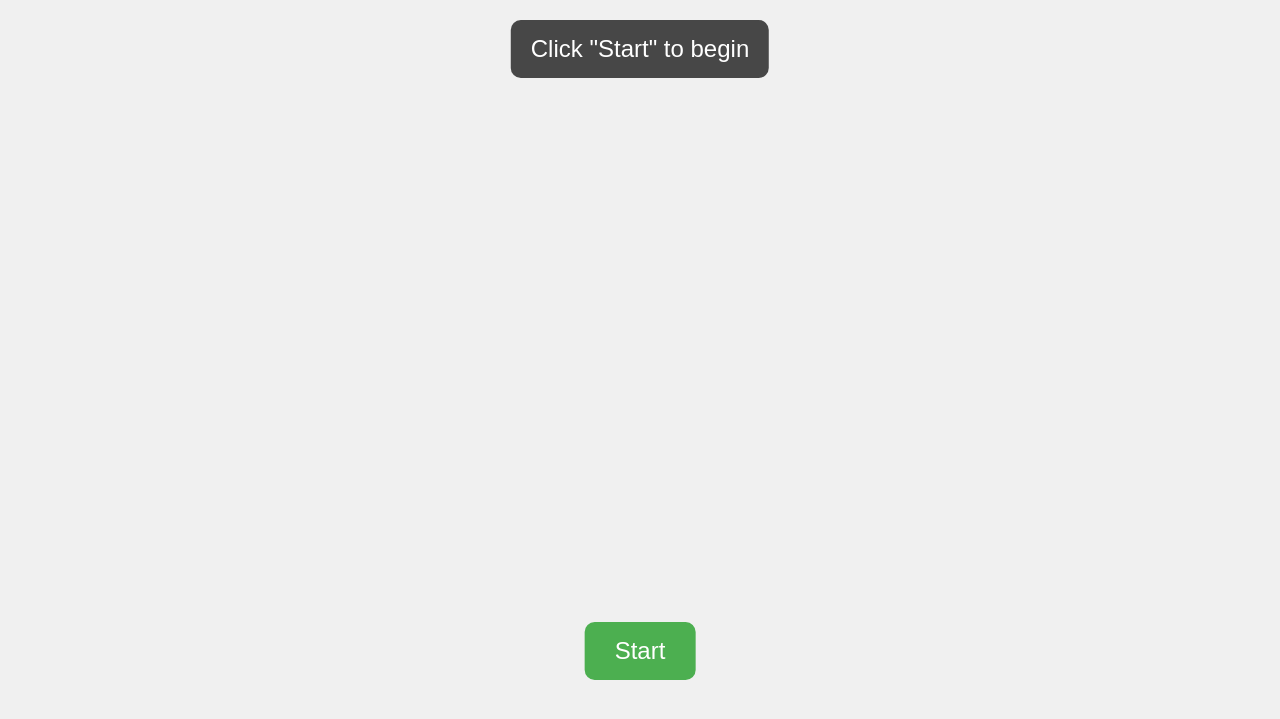
Repository: Jayhawk2000/AR_Game_DCD_Children
Page: challenge/throwing/index.html
The author's editor kept a copy of each file at every save. The page is drawn from the files as they stood at one save, then again after the next save.
The browser window is 1280 px wide. The pictures show the whole page.

Above is the page before, as saved 2024-08-29 15:48:48.

After the next save:
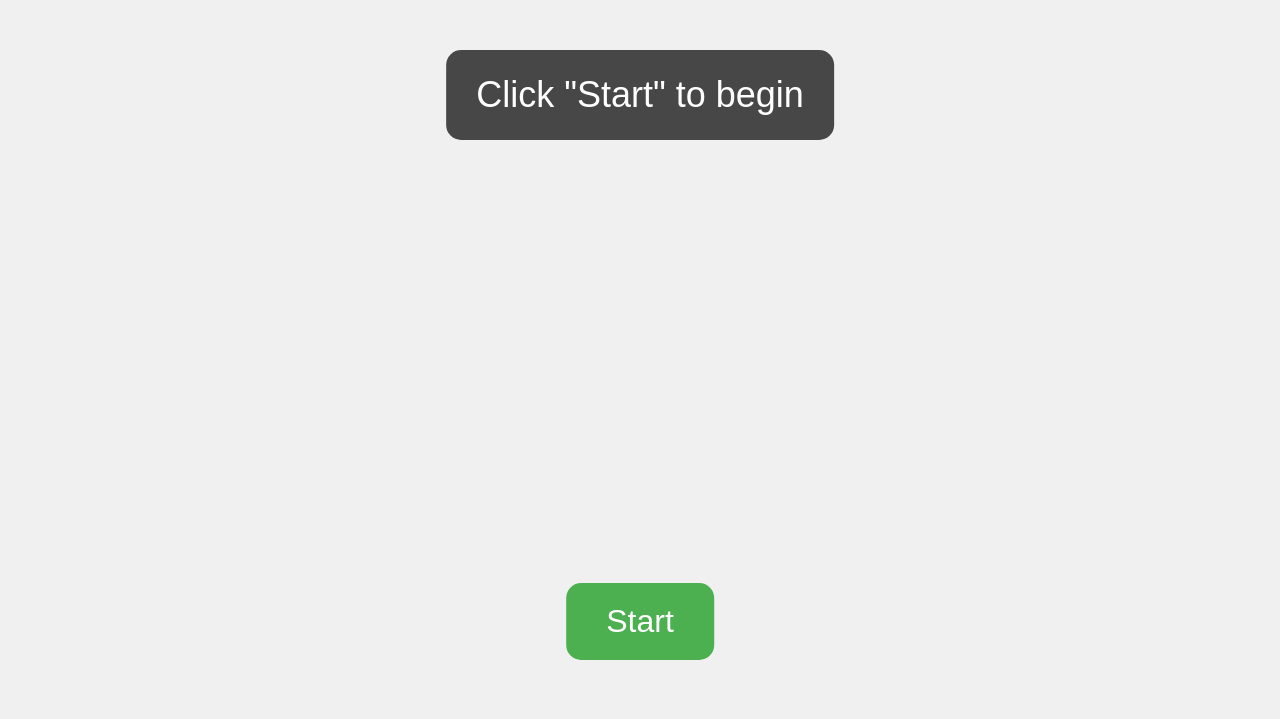
Saved 7 s later.
--- a/challenge/throwing/styles.css
+++ b/challenge/throwing/styles.css
@@ -8,41 +8,33 @@ body {
 
 #info {
   position: absolute;
-  top: 20px;
+  top: 50px;
   left: 50%;
   transform: translateX(-50%);
   background-color: rgba(0, 0, 0, 0.7);
   color: white;
-  padding: 15px 20px;
-  border-radius: 10px;
-  font-size: 24px;
+  padding: 20px 30px;
+  border-radius: 15px;
+  font-size: 36px;
   text-align: center;
   z-index: 30;
+  max-width: 80%;
+  line-height: 1.4;
 }
 
 #startButton {
   position: absolute;
-  bottom: 40px;
+  bottom: 60px;
   left: 50%;
   transform: translateX(-50%);
-  padding: 15px 30px;
-  font-size: 24px;
+  padding: 20px 40px;
+  font-size: 32px;
   cursor: pointer;
   background-color: #4caf50;
   color: white;
   border: none;
-  border-radius: 10px;
+  border-radius: 15px;
   z-index: 30;
-}
-
-#video {
-  position: absolute;
-  top: 0;
-  left: 0;
-  width: 100%;
-  height: 100%;
-  object-fit: cover;
-  z-index: 10;
 }
 
 #output {
@@ -51,5 +43,5 @@ body {
   left: 0;
   width: 100%;
   height: 100%;
-  z-index: 20;
+  z-index: 10;
 }
